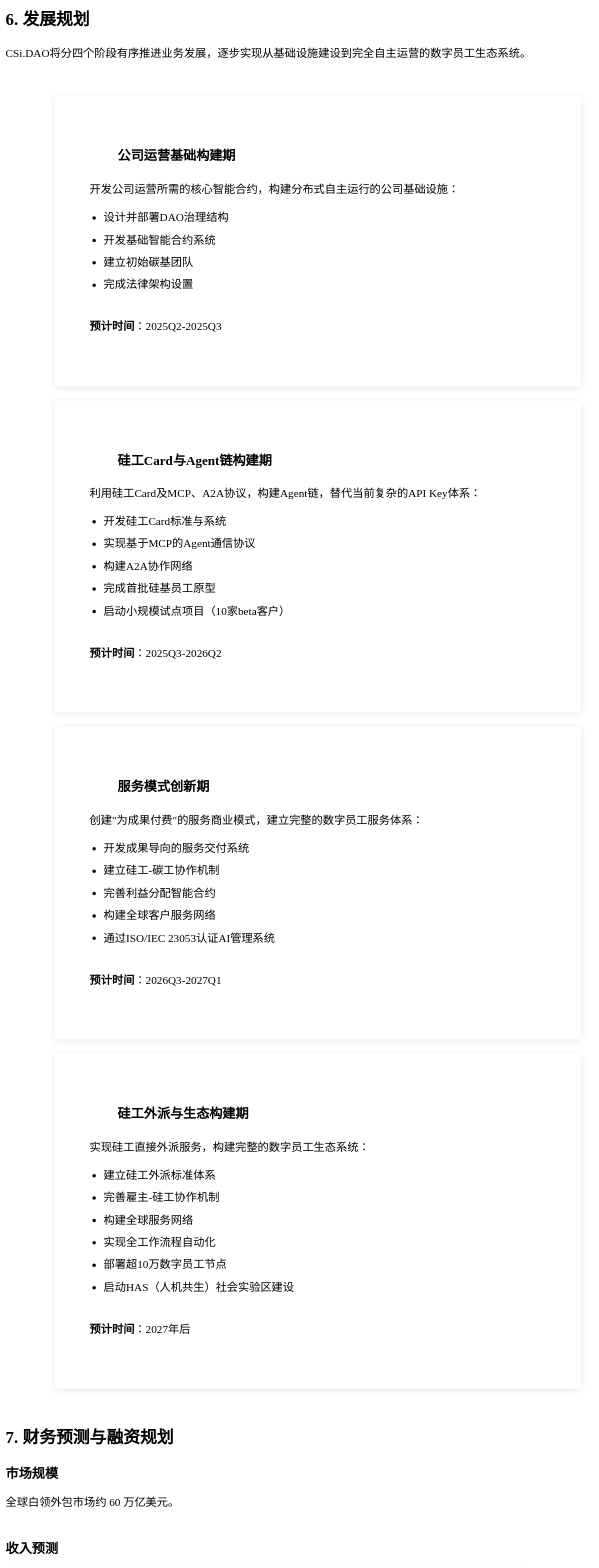
Repository: delez911/ainize
Page: static-site/src/components/development/development.html
An editor plug-in stored every save of this project. The page is shown before and after the next save, followed by the edit.
The browser window is 768 px wide. The page is 855 px wide, then 768 px, so the pictures cover 855 px, including what lies to the right of the window. The pictures show the part of the page from y = 0 to 2240 px (the page is 2754 px tall before and 2534 px after), at 70% of full size.

Above is the page before, as saved 2025-04-24 10:24:33.

After the next save:
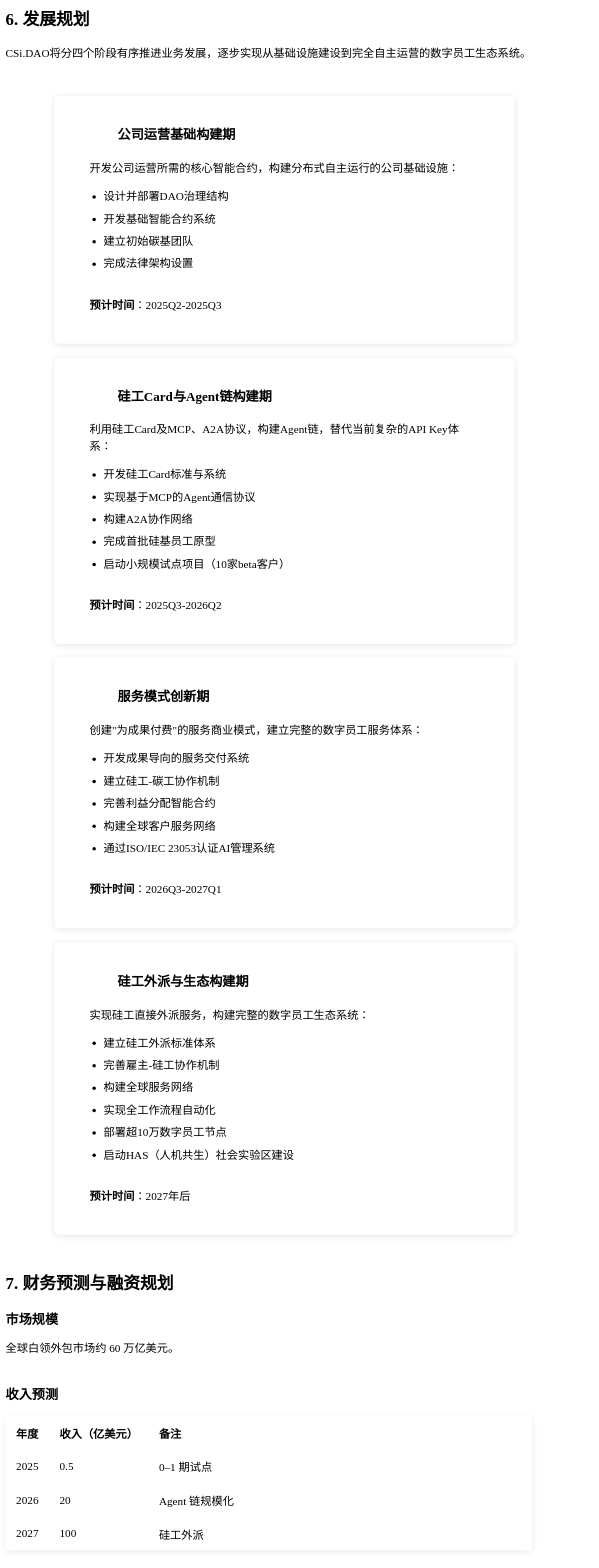
Saved 109 s later.
--- a/static-site/src/styles/timeline.css
+++ b/static-site/src/styles/timeline.css
@@ -4,6 +4,7 @@
     margin: 40px auto;
 }
 
+/* 中轴线 */
 .timeline::after {
     content: '';
     position: absolute;
@@ -13,66 +14,76 @@
     bottom: 0;
     left: 50%;
     margin-left: -3px;
+    z-index: 0;
 }
 
+/* 容器基础样式 */
 .timeline-container {
     padding: 10px 40px;
     position: relative;
     background-color: inherit;
     width: 50%;
+    box-sizing: border-box;
 }
 
+/* 时间节点 */
 .timeline-container::after {
     content: '';
     position: absolute;
     width: 25px;
     height: 25px;
-    right: -13px;
     background-color: white;
     border: 4px solid var(--secondary-color);
-    top: 15px;
+    top: 22px;
     border-radius: 50%;
     z-index: 1;
 }
 
+/* 左侧容器 */
 .timeline-left {
     left: 0;
 }
 
-.timeline-right {
-    left: 50%;
+.timeline-left::after {
+    right: -16px;
 }
 
 .timeline-left::before {
     content: " ";
-    height: 0;
     position: absolute;
     top: 22px;
+    right: 30px;
     width: 0;
+    height: 0;
     z-index: 1;
-    right: 30px;
     border: medium solid var(--light-color);
     border-width: 10px 0 10px 10px;
     border-color: transparent transparent transparent var(--light-color);
 }
 
+/* 右侧容器 */
+.timeline-right {
+    left: 50%;
+}
+
+.timeline-right::after {
+    left: -16px;
+}
+
 .timeline-right::before {
     content: " ";
-    height: 0;
     position: absolute;
     top: 22px;
+    left: 30px;
     width: 0;
+    height: 0;
     z-index: 1;
-    left: 30px;
     border: medium solid var(--light-color);
     border-width: 10px 10px 10px 0;
     border-color: transparent var(--light-color) transparent transparent;
 }
 
-.timeline-right::after {
-    left: -12px;
-}
-
+/* 内容样式 */
 .timeline-content {
     padding: 20px 30px;
     background-color: white;
@@ -81,8 +92,9 @@
     box-shadow: 0 2px 10px rgba(0,0,0,0.1);
 }
 
+/* Phase styles */
 .phase {
-    margin: 30px 0;
+    margin: 0;
     padding: 20px;
     border-radius: 8px;
     background-color: white;
@@ -107,6 +119,7 @@
 
 .phase ul {
     padding-left: 20px;
+    margin: 15px 0;
 }
 
 .phase li {
@@ -123,6 +136,7 @@
     margin: 5px 0;
 }
 
+/* 移动端响应式 */
 @media screen and (max-width: 768px) {
     .timeline::after {
         left: 31px;
@@ -132,15 +146,14 @@
         width: 100%;
         padding-left: 70px;
         padding-right: 25px;
+    }
+
+    .timeline-right {
         left: 0;
     }
 
     .timeline-container::after {
-        left: 18px;
-    }
-
-    .timeline-right {
-        left: 0;
+        left: 15px;
     }
 
     .timeline-left::before,
@@ -150,4 +163,9 @@
         border-width: 10px 10px 10px 0;
         border-color: transparent var(--light-color) transparent transparent;
     }
+
+    .timeline-left::after,
+    .timeline-right::after {
+        left: 15px;
+    }
 }
